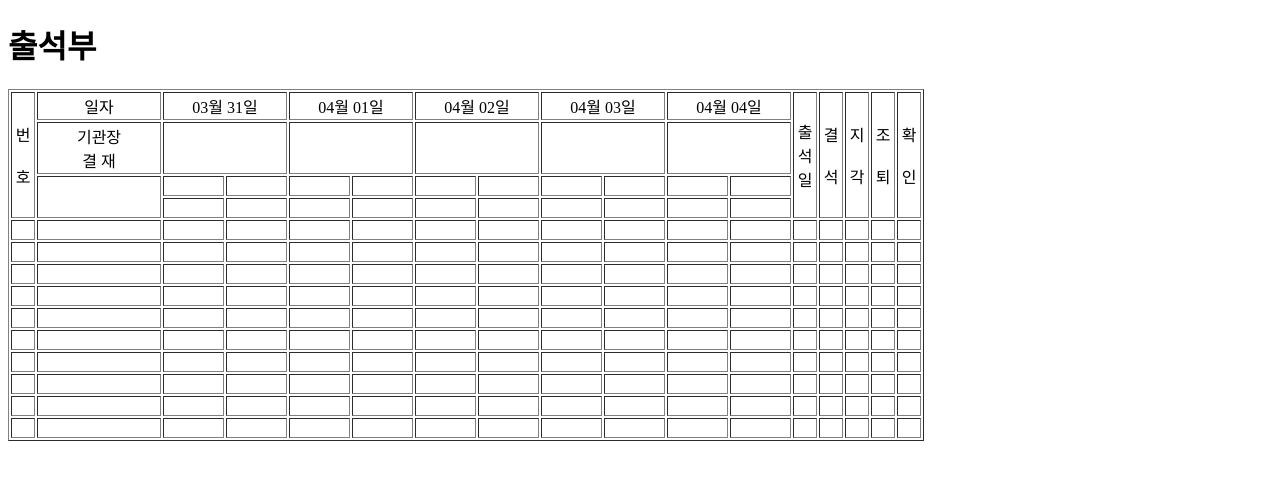
Repository: sujin9335/Front-end
Page: ClientTest/src/main/webapp/html/문제/11.html
These files come from the project's save history. The page is drawn as it stood at one moment and after the next save; the edit follows.
The browser window is 1280 px wide. The pictures show the whole page.

Above is the page before, as saved 2023-09-21 03:02:07.

After the next save:
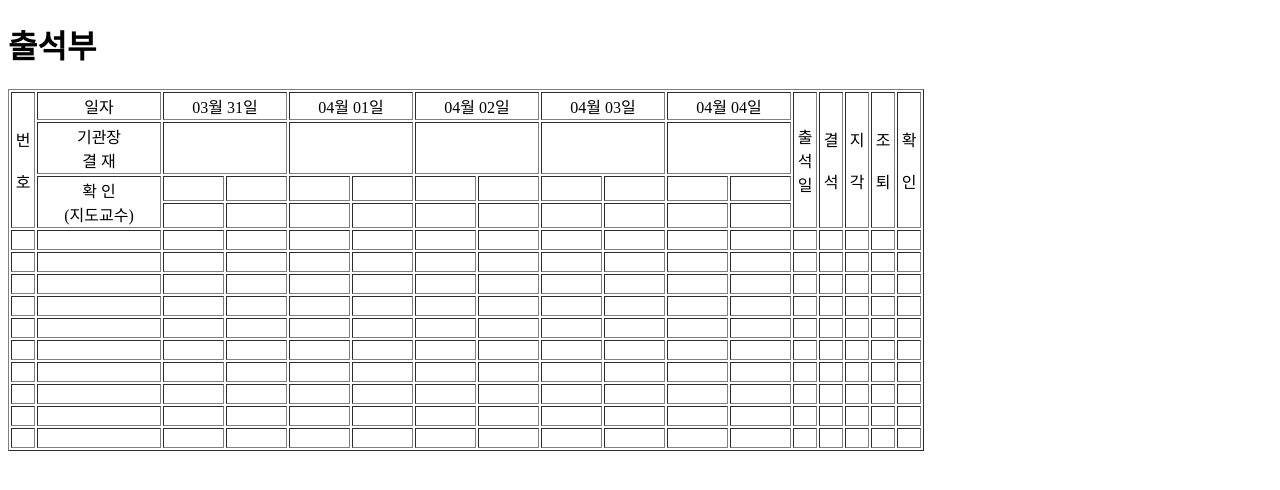
Saved 20 s later.
--- a/ClientTest/src/main/webapp/html/문제/11.html
+++ b/ClientTest/src/main/webapp/html/문제/11.html
@@ -32,7 +32,7 @@
 			<td align="center" colspan="2"></td>
 		</tr>
 		<tr height="20">
-			<td align="center" rowspan="2"></td>
+			<td align="center" rowspan="2">확 인<br>(지도교수)</td>
 			<td align="center"></td>
 			<td align="center"></td>
 			<td align="center"></td>
